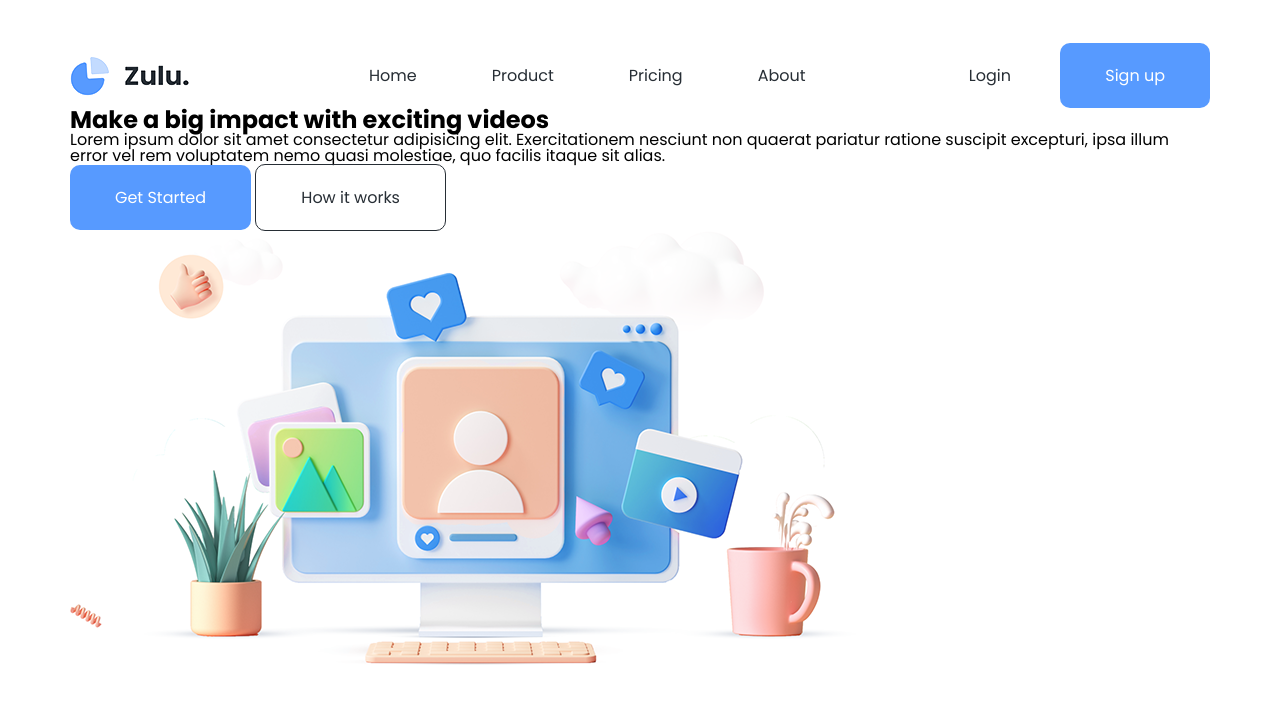
Repository: baodien1405/zulu-landing-page
Page: index.html
The author's editor kept a copy of each file at every save. The page is drawn from the files as they stood at one save, then again after the next save.
The browser window is 1280 px wide. The pictures show the whole page.
The style sheet was rebuilt from its Sass, Less or Tailwind sources for each picture, by a compiler version that may differ from the author's.

Above is the page before, as saved 2021-06-22 15:40:36.

### index.html
<!DOCTYPE html>
<html lang="en">
<head>
  <meta charset="UTF-8">
  <meta http-equiv="X-UA-Compatible" content="IE=edge">
  <meta name="viewport" content="width=device-width, initial-scale=1.0">
  <link rel="preconnect" href="https://fonts.gstatic.com">
  <link href="https://fonts.googleapis.com/css2?family=Poppins:wght@300;400;600;700&display=swap" rel="stylesheet">
  <link rel="stylesheet" href="./styles.css">
  <title>Zulu</title>
</head>
<body>
  <div class="wrapper">
    <div class="container">
      <header class="header">
        <a href="index.html" class="header-logo">
          <img src="/images/logo.png" alt="" class="header-logo-image">
        </a>
        <ul class="header-menu">
          <li class="header-menu-item">
            <a href="#" class="header-menu-link">Home</a>
          </li>
          <li class="header-menu-item">
            <a href="#" class="header-menu-link">Product</a>
          </li>
          <li class="header-menu-item">
            <a href="#" class="header-menu-link">Pricing</a>
          </li>
          <li class="header-menu-item">
            <a href="#" class="header-menu-link">About</a>
          </li>
        </ul>
        <div class="header-auth">
          <a href="#" class="button">Login</a>
          <a href="#" class="button button--primary">Sign up</a>
        </div>
      </header>

      <section class="banner">
        <div class="banner-info">
          <h1 class="banner-heading">
            Make a big impact with exciting videos
          </h1>
          <p class="banner-desc">
            Lorem ipsum dolor sit amet consectetur adipisicing elit. Exercitationem nesciunt non quaerat pariatur ratione suscipit excepturi, ipsa illum error vel rem voluptatem nemo quasi molestiae, quo facilis itaque sit alias.
          </p>
          <div class="banner-links">
            <a href="#" class="button button--primary">Get Started</a>
            <a href="#" class="button button--outline">How it works</a>
          </div>
        </div>
        <img src="./images/img1.png" alt="" class="banner-image">
      </section>
    </div>
  </div>
</body>
</html>

### styles.scss
$gray-dark: #272e35;
$gray-blur: #a5b2c3;
$primary-color: #579aff;
* {
  margin: 0;
  padding: 0;
  box-sizing: border-box;
}

body {
  overflow-x: hidden;
}

img {
  display: block;
  max-width: 100%;
}

a {
  text-decoration: none;
}

body {
  font-family: "Poppins", sans-serif;
  font-size: 16px;
  line-height: 1;
  background-color: #fff;
}

.wrapper {
  max-width: 1440px;
  margin: 0 auto;
}

.container {
  max-width: 1170px;
  padding: 0 15px;
  margin: 0 auto;
}

.button {
  display: inline-block;
  font-size: 16px;
  padding: 20px 45px;
  color: $gray-dark;
  background-color: transparent;
  border-radius: 10px;
  line-height: normal;
  &--primary {
    color: #fff;
    background-color: $primary-color;
  }
  &--outline {
    border: 1px solid $gray-dark;
  }
}

.header {
  padding-top: 43px;
  display: flex;
  align-items: center;

  &-logo {
    display: block;
    margin-right: 180px;
  }

  &-menu {
    display: flex;
    align-items: center;
    list-style: none;

    &-item:not(:first-child) {
      margin-left: 75px;
    }

    &-link {
      color: $gray-dark;
      transition: color 0.2s ease-in-out;
      &:hover {
        color: $primary-color;
      }
    }
  }

  &-auth {
    margin-left: auto;
  }

}

After the next save:
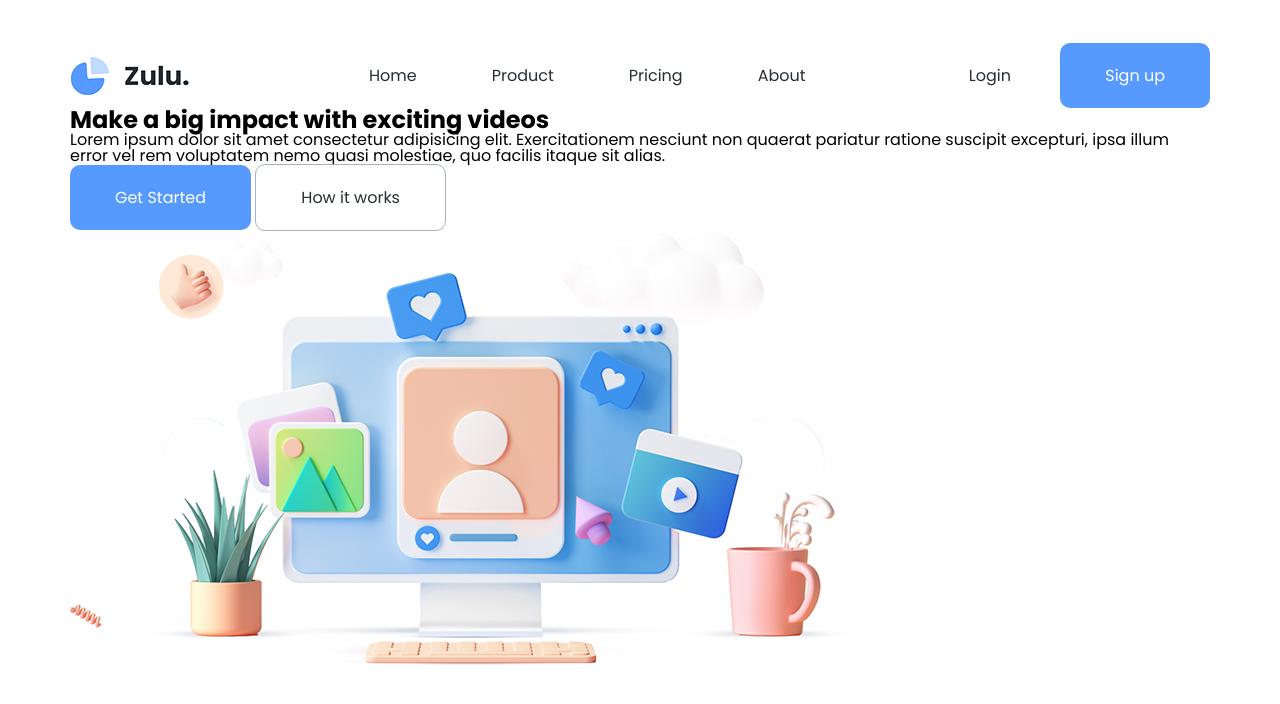
Saved 8 s later.
--- a/styles.scss
+++ b/styles.scss
@@ -51,7 +51,7 @@ body {
     background-color: $primary-color;
   }
   &--outline {
-    border: 1px solid $gray-dark;
+    border: 1px solid $gray-blur;
   }
 }
 
